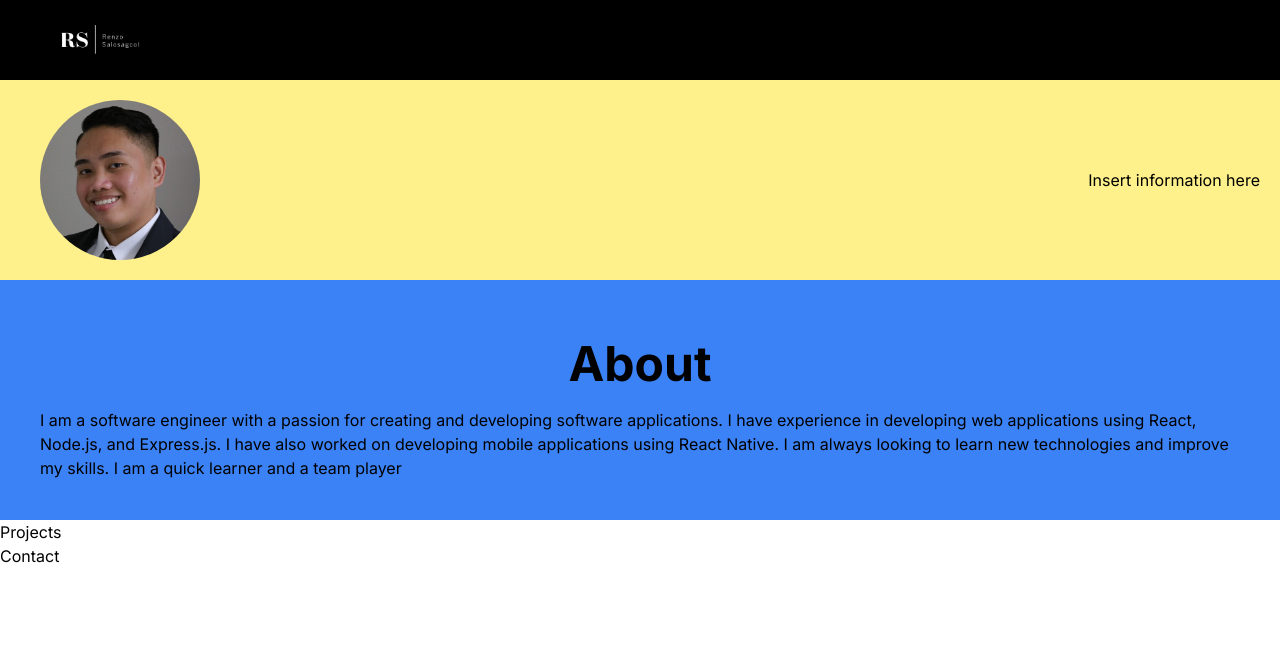
Repository: Renzo-Salosagcol/Portfolio-Website
Page: / (app in resume_website/)
An editor plug-in stored every save of this project. The page is shown before and after the next save, followed by the edit.
The browser window is 1280 px wide. The pictures show the whole page.
The project was rebuilt for these pictures with package versions that can differ from the ones it lists, and the page was loaded fresh each time. Also part of the build but not shown: resume_website/vite.config.js.

Above is the page before, as saved 2024-12-10 15:04:15.

### resume_website/index.html
<!doctype html>
<html lang="en">
  <head>
    <meta charset="UTF-8" />
    <link rel="icon" type="image/svg+xml" href="/vite.svg" />
    <meta name="viewport" content="width=device-width, initial-scale=1.0" />
    <title>Renzo Salosagcol</title>
  </head>
  <body>
    <div id="root"></div>
    <script type="module" src="/src/main.jsx"></script>
  </body>
</html>

### resume_website/src/index.css
@import url('https://fonts.googleapis.com/css2?family=Inter:opsz,wght@14..32,100..900&family=Roboto:wght@400;500;700&display=swap');

@tailwind base;
@tailwind components;
@tailwind utilities;

:root {
  font-family: "Inter", sans-serif;
}

### resume_website/src/App.jsx
import Nav from './components/Nav'
import Hero from "./components/Hero";
import About from "./components/about";

const App = () => {
  return (
    <div>
      <div class="fixed h-full w-full bg-blue"><div class="absolute bottom-0 left-0 right-0 top-0 bg-[url(&#x27;/noise.png&#x27;)] bg-[size:300px_300px] bg-left-top"></div>
      </div>
      <nav className="fixed block w-full h-20 top-0">
        <Nav />
      </nav>
      <main className="mt-20">
        <Hero />
        <About />
        Projects

      </main>
      <footer>
        Contact
      </footer>
    </div>
  )
}

export default App;

### resume_website/src/components/Nav.jsx
import logoImage from "../assets/InitialPortfolioLogo.png";
import {
  NavigationMenu,
  NavigationMenuContent,
  NavigationMenuIndicator,
  NavigationMenuItem,
  NavigationMenuLink,
  NavigationMenuList,
  NavigationMenuTrigger,
  NavigationMenuViewport,
} from "../components/ui/navigation-menu";
import { navigationMenuTriggerStyle } from "../components/ui/navigation-menu";


const Nav = () => {
  return (
    <nav className="flex items-center bg-black w-full justify-between h-10 p-10 top-0">
      <div className="mx-5 flex-shrink-0">
        <img className="w-20 h-15" src={logoImage} alt="logo" />
      </div>
      <div className="flex-1 flex justify-end">
        <NavigationMenu className="font-sans w-max">
          <NavigationMenuList className="flex">
            <NavigationMenuItem className="flex-1 px-2">
              <NavigationMenuLink href="#" className="hover:underline">Home</NavigationMenuLink>
            </NavigationMenuItem>
            <NavigationMenuItem className="flex-1 px-2">
              <NavigationMenuLink href="#" className="hover:underline">About</NavigationMenuLink>
            </NavigationMenuItem>
            <NavigationMenuItem className="flex-1 px-2">
              <NavigationMenuLink href="#" className="hover:underline">Projects</NavigationMenuLink>
            </NavigationMenuItem>
            <NavigationMenuItem className="flex-1 px-2">
              <NavigationMenuLink href="#" className="hover:underline">Contact</NavigationMenuLink>
            </NavigationMenuItem>
          </NavigationMenuList>
        </NavigationMenu>
      </div>
    </nav>
  );
}

export default Nav;

### resume_website/src/components/Hero.jsx
import profilePic from "../assets/ProfilePic.png";

const Hero = () => {
  return (
    <div className="bg-yellow-200 text-black w-full flex items-center justify-between p-5">
      <img src={ profilePic } alt="profile" className="w-50 h-40 rounded-full mx-5"/>
      <div className="justify-items-start">
        Insert information here
      </div>
    </div>
  );
};

export default Hero;

### resume_website/src/components/about.jsx
import aboutInformation from '../assets/constants';

const About = () => {
  return (
    <div className="flex flex-col items-center justify-center bg-blue-500 p-10">
      <h1 className="text-5xl font-bold p-5">About</h1>
      <p className="">{ aboutInformation }</p>
    </div>
  );
}

export default About;

### resume_website/src/components/ui/navigation-menu.jsx
import * as React from "react"
import * as NavigationMenuPrimitive from "@radix-ui/react-navigation-menu"
import { cva } from "class-variance-authority"
import { ChevronDown } from "lucide-react"

import { cn } from "@/lib/utils"

const NavigationMenu = React.forwardRef(({ className, children, ...props }, ref) => (
  <NavigationMenuPrimitive.Root
    ref={ref}
    className={cn(
      "relative z-10 flex max-w-max flex-1 items-center justify-center",
      className
    )}
    {...props}>
    {children}
    <NavigationMenuViewport />
  </NavigationMenuPrimitive.Root>
))
NavigationMenu.displayName = NavigationMenuPrimitive.Root.displayName

const NavigationMenuList = React.forwardRef(({ className, ...props }, ref) => (
  <NavigationMenuPrimitive.List
    ref={ref}
    className={cn(
      "group flex flex-1 list-none items-center justify-center space-x-1",
      className
    )}
    {...props} />
))
NavigationMenuList.displayName = NavigationMenuPrimitive.List.displayName

const NavigationMenuItem = NavigationMenuPrimitive.Item

const navigationMenuTriggerStyle = cva(
  "group inline-flex h-9 w-max items-center justify-center rounded-md bg-white px-4 py-2 text-sm font-medium transition-colors hover:bg-zinc-100 hover:text-zinc-900 focus:bg-zinc-100 focus:text-zinc-900 focus:outline-none disabled:pointer-events-none disabled:opacity-50 data-[active]:bg-zinc-100/50 data-[state=open]:bg-zinc-100/50 dark:bg-zinc-950 dark:hover:bg-zinc-800 dark:hover:text-zinc-50 dark:focus:bg-zinc-800 dark:focus:text-zinc-50 dark:data-[active]:bg-zinc-800/50 dark:data-[state=open]:bg-zinc-800/50"
)

const NavigationMenuTrigger = React.forwardRef(({ className, children, ...props }, ref) => (
  <NavigationMenuPrimitive.Trigger
    ref={ref}
    className={cn(navigationMenuTriggerStyle(), "group", className)}
    {...props}>
    {children}{""}
    <ChevronDown
      className="relative top-[1px] ml-1 h-3 w-3 transition duration-300 group-data-[state=open]:rotate-180"
      aria-hidden="true" />
  </NavigationMenuPrimitive.Trigger>
))
NavigationMenuTrigger.displayName = NavigationMenuPrimitive.Trigger.displayName

const NavigationMenuContent = React.forwardRef(({ className, ...props }, ref) => (
  <NavigationMenuPrimitive.Content
    ref={ref}
    className={cn(
      "left-0 top-0 w-full data-[motion^=from-]:animate-in data-[motion^=to-]:animate-out data-[motion^=from-]:fade-in data-[motion^=to-]:fade-out data-[motion=from-end]:slide-in-from-right-52 data-[motion=from-start]:slide-in-from-left-52 data-[motion=to-end]:slide-out-to-right-52 data-[motion=to-start]:slide-out-to-left-52 md:absolute md:w-auto",
      className
    )}
    {...props} />
))
NavigationMenuContent.displayName = NavigationMenuPrimitive.Content.displayName

const NavigationMenuLink = NavigationMenuPrimitive.Link

const NavigationMenuViewport = React.forwardRef(({ className, ...props }, ref) => (
  <div className={cn("absolute left-0 top-full flex justify-center")}>
    <NavigationMenuPrimitive.Viewport
      className={cn(
        "origin-top-center relative mt-1.5 h-[var(--radix-navigation-menu-viewport-height)] w-full overflow-hidden rounded-md border border-zinc-200 bg-white text-zinc-950 shadow data-[state=open]:animate-in data-[state=closed]:animate-out data-[state=closed]:zoom-out-95 data-[state=open]:zoom-in-90 md:w-[var(--radix-navigation-menu-viewport-width)] dark:border-zinc-800 dark:bg-zinc-950 dark:text-zinc-50",
        className
      )}
      ref={ref}
      {...props} />
  </div>
))
NavigationMenuViewport.displayName =
  NavigationMenuPrimitive.Viewport.displayName

const NavigationMenuIndicator = React.forwardRef(({ className, ...props }, ref) => (
  <NavigationMenuPrimitive.Indicator
    ref={ref}
    className={cn(
      "top-full z-[1] flex h-1.5 items-end justify-center overflow-hidden data-[state=visible]:animate-in data-[state=hidden]:animate-out data-[state=hidden]:fade-out data-[state=visible]:fade-in",
      className
    )}
    {...props}>
    <div
      className="relative top-[60%] h-2 w-2 rotate-45 rounded-tl-sm bg-zinc-200 shadow-md dark:bg-zinc-800" />
  </NavigationMenuPrimitive.Indicator>
))
NavigationMenuIndicator.displayName =
  NavigationMenuPrimitive.Indicator.displayName

export {
  navigationMenuTriggerStyle,
  NavigationMenu,
  NavigationMenuList,
  NavigationMenuItem,
  NavigationMenuContent,
  NavigationMenuTrigger,
  NavigationMenuLink,
  NavigationMenuIndicator,
  NavigationMenuViewport,
}

### resume_website/src/assets/constants.js
const aboutInformation = "I am a software engineer with a passion for creating and developing software applications. I have experience in developing web applications using React, Node.js, and Express.js. I have also worked on developing mobile applications using React Native. I am always looking to learn new technologies and improve my skills. I am a quick learner and a team player"

export default aboutInformation;

Loaded but not shown: resume_website/src/main.jsx (common file); resume_website/src/lib/utils.js (common file); resume_website/tailwind.config.js (common file)

After the next save:
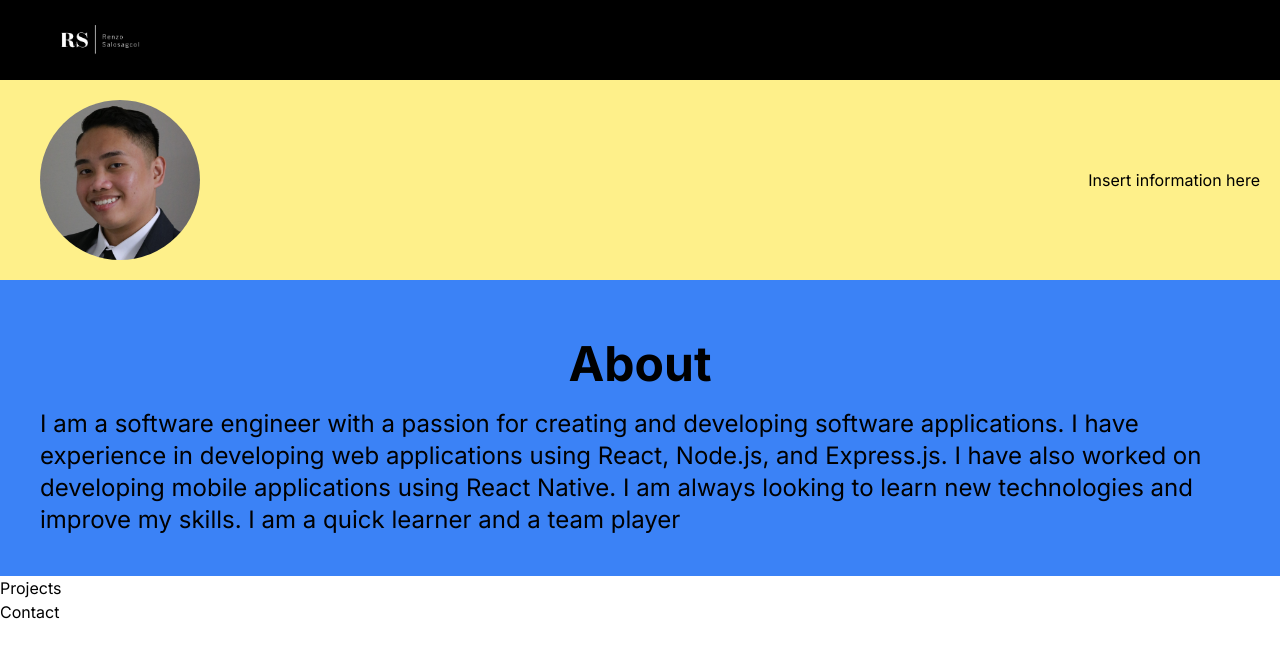
Saved 9 s later.
--- a/resume_website/src/components/about.jsx
+++ b/resume_website/src/components/about.jsx
@@ -4,7 +4,7 @@
   return (
     <div className="flex flex-col items-center justify-center bg-blue-500 p-10">
       <h1 className="text-5xl font-bold p-5">About</h1>
-      <p className="">{ aboutInformation }</p>
+      <p className="text-2xl">{ aboutInformation }</p>
     </div>
   );
 }

After the save that followed:
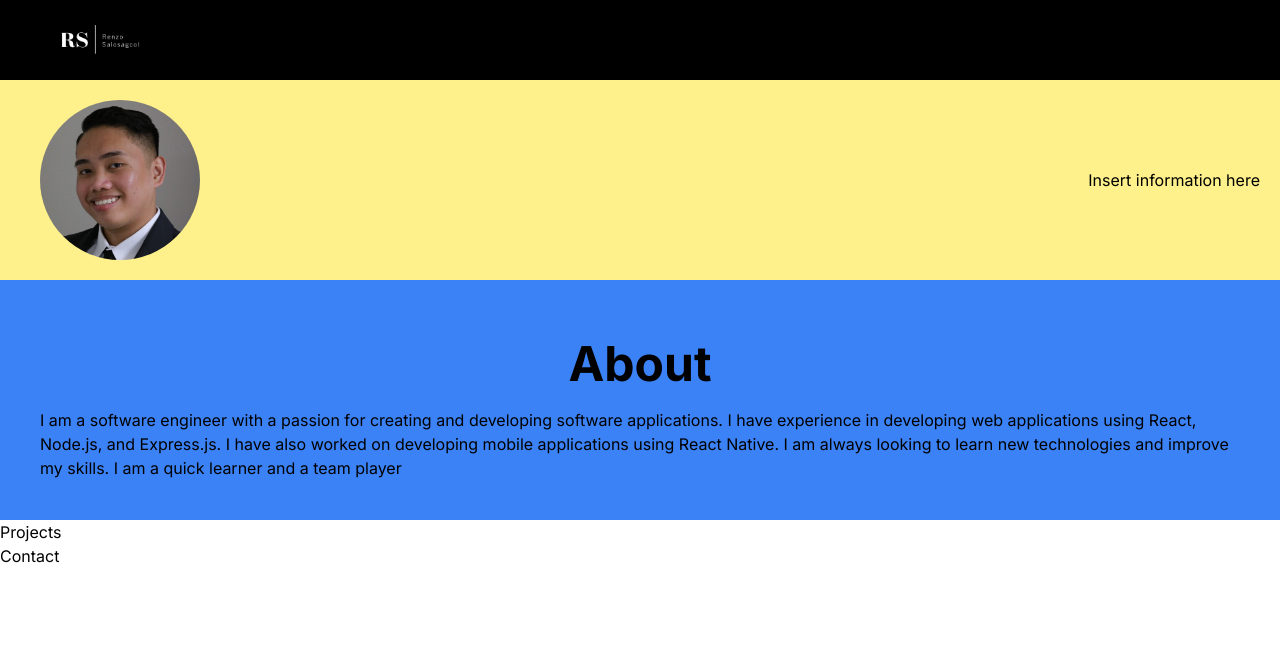
Saved 4 s later.
--- a/resume_website/src/components/about.jsx
+++ b/resume_website/src/components/about.jsx
@@ -4,7 +4,7 @@
   return (
     <div className="flex flex-col items-center justify-center bg-blue-500 p-10">
       <h1 className="text-5xl font-bold p-5">About</h1>
-      <p className="text-2xl">{ aboutInformation }</p>
+      <p className="text-l">{ aboutInformation }</p>
     </div>
   );
 }
